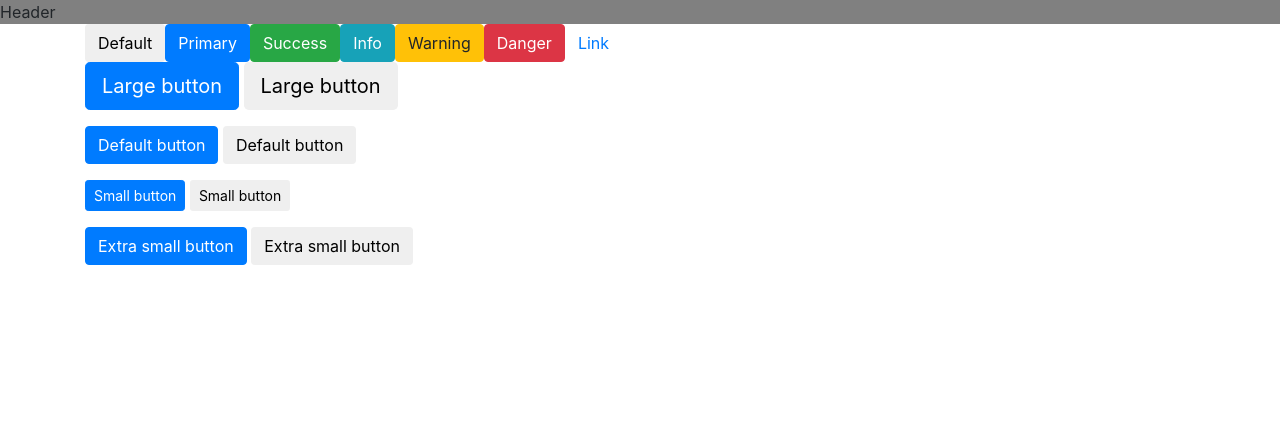
Repository: Eri-Naka/test
Page: boot/WebContent/index.html
These files come from the project's save history. The page is drawn as it stood at one moment and after the next save; the edit follows.
The browser window is 1280 px wide. The pictures show the whole page.

Above is the page before, as saved 2018-06-25 05:28:30.

After the next save:
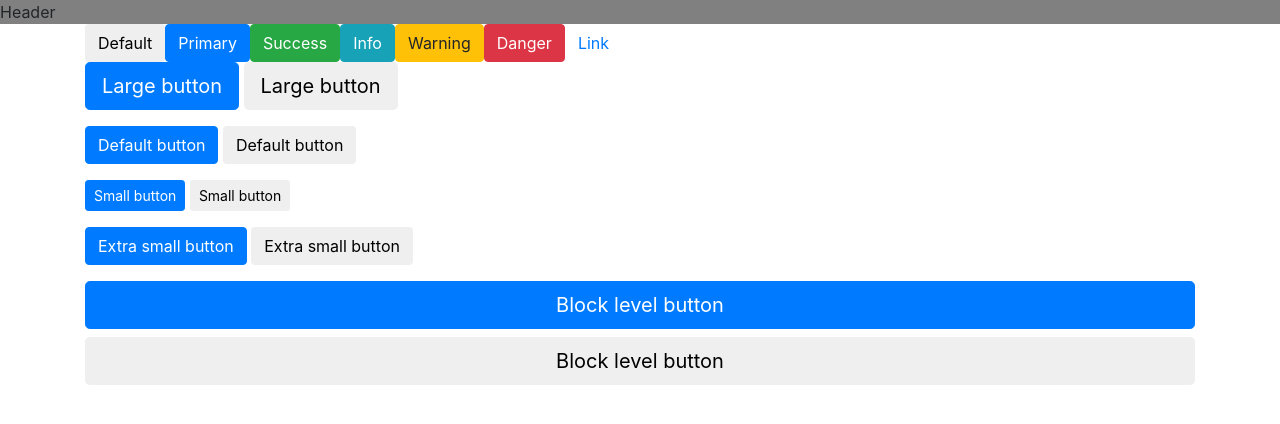
Saved 40 s later.
--- a/boot/WebContent/index.html
+++ b/boot/WebContent/index.html
@@ -52,6 +52,9 @@ text-align: center;
   <button type="button" class="btn btn-default btn-xs">Extra small button</button>
 </p>
 
+<button type="button" class="btn btn-primary btn-lg btn-block">Block level button</button>
+<button type="button" class="btn btn-default btn-lg btn-block">Block level button</button>
+
     </tbody>
   </table>
 </div>
